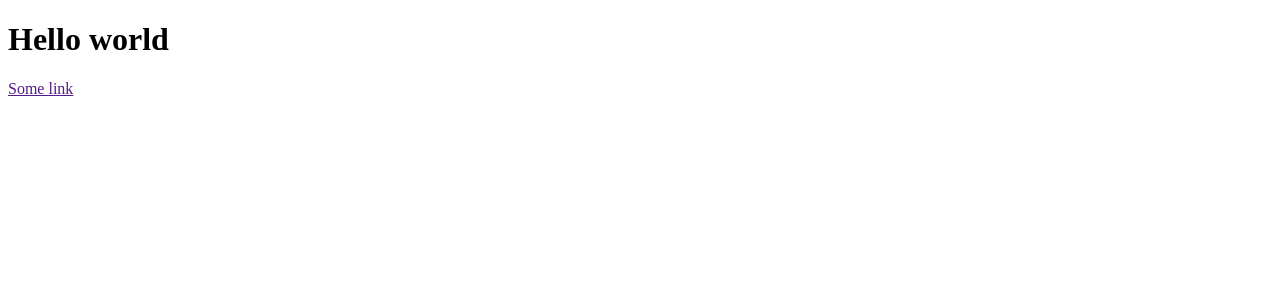
Repository: janismozgis-rcs/gurpa_5_test
Page: http://localhost/
An editor plug-in stored every save of this project. The page is shown before and after the next save, followed by the edit.
The browser window is 1280 px wide. The pictures show the whole page.
The page is run by PHP 8.4 with error messages shown; the project is at /var/www/html/.

Above is the page before, as saved 2018-06-18 20:16:44.

### index.php
<!DOCTYPE html>
<html lang="en">
<head>
    <meta charset="UTF-8">
    <title>Document</title>
</head>
<body>
    <?php include 'header.php'; ?>
    <?php include 'content.php'; ?>
    <?php include 'footer.php'; ?>
</body>
</html>

### content.php
<?php
$users = [
    [
        'name' => 'Johnny',
        'age' => '20'
    ],
    [
        'name' => 'Billy',
        'age' => '21'
    ],
    [
        'name' => 'Juris',
        'age' => '22'
    ],
];
?>
<p></p>

### footer.php
<a href="">Some link</a>

Loaded but not shown: header.php (common file)

After the next save:
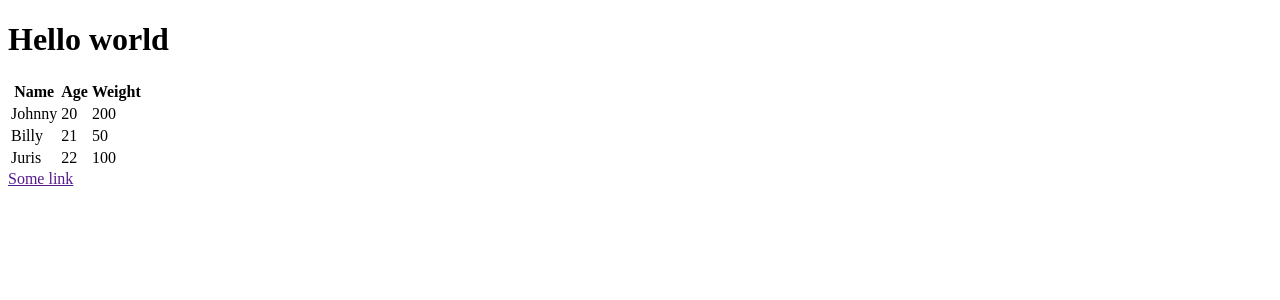
Saved 4 min 7 s later.
--- a/content.php
+++ b/content.php
@@ -2,16 +2,37 @@
 $users = [
     [
         'name' => 'Johnny',
-        'age' => '20'
+        'age' => '20',
+        'weight' => '200',
     ],
     [
         'name' => 'Billy',
-        'age' => '21'
+        'age' => '21',
+        'weight' => '50',
     ],
     [
         'name' => 'Juris',
-        'age' => '22'
+        'age' => '22',
+        'weight' => '100',
     ],
 ];
 ?>
-<p></p>
+
+<table>
+    <thead>
+        <tr>
+            <th>Name</th>
+            <th>Age</th>
+            <th>Weight</th>
+        </tr>
+    </thead>
+    <tbody>
+        <?php foreach($users as $user){ ?>
+            <tr>
+                <td><?php echo $user['name']; ?></td>
+                <td><?php echo $user['age']; ?></td>
+                <td><?php echo $user['weight']; ?></td>
+            </tr>
+        <?php } ?>
+    </tbody>
+</table>
